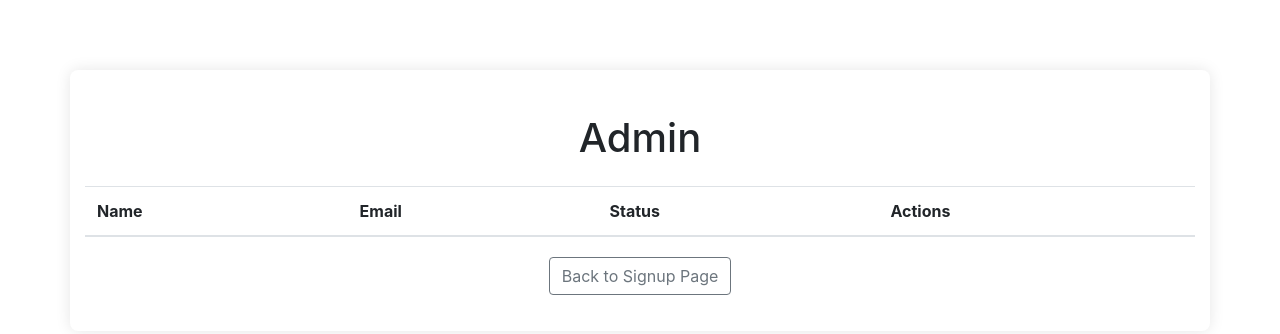
Repository: rmdayberry/yodlr-take-home
Page: public/admin.html
The author's editor kept a copy of each file at every save. The page is drawn from the files as they stood at one save, then again after the next save.
The browser window is 1280 px wide. The pictures show the whole page.
The page's requests for data from a server got no answer.

Above is the page before, as saved 2024-10-09 10:22:55.

### public/admin.html
<!DOCTYPE html>
<html lang="en">
  <head>
    <meta charset="UTF-8" />
    <meta name="viewport" content="width=device-width, initial-scale=1.0" />
    <title>Admin Page - User Management</title>
    <link rel="stylesheet" href="css/styles.css" />
    <link rel="stylesheet" href="css/signup.css" />
    <link
      rel="stylesheet"
      href="https://stackpath.bootstrapcdn.com/bootstrap/4.5.2/css/bootstrap.min.css"
    />
    <script src="https://code.jquery.com/jquery-3.6.0.min.js"></script>
  </head>
  <body>
    <div class="container">
      <h1 class="mt-4">Admin</h1>
      <table class="table mt-4" id="userTable">
        <thead>
          <tr>
            <th>Name</th>
            <th>Email</th>
            <th>Status</th>
            <th>Actions</th>
          </tr>
        </thead>
        <tbody id="userTableBody">
          <!-- User rows will be populated here -->
        </tbody>
      </table>
      <div class="text-center">
        <p>
          <a href="/signup.html" class="btn btn-outline-secondary"
            >Back to Signup Page</a
          >
        </p>
      </div>
    </div>

    <script>
      let users = []; //Empty array to hold user data

      // Fetch users from the server
      function fetchUsers() {
        $.ajax({
          type: "GET",
          url: "http://localhost:3000/users",
          success: function (response) {
            users = response; // Store the user data
            updateUserTable(); // Call function to render table
          },
          error: function (err) {
            console.error("Error fetching users:", err);
          },
        });
      }

      // Change user status
      function changeUserStatus(userId, newStatus) {
        const user = users.find((u) => u.id === userId);
        if (user) {
          // Update only the status
          user.status = newStatus;

          // Make AJAX request to update user on the server
          $.ajax({
            type: "PUT",
            url: `http://localhost:3000/users/${userId}`,
            data: JSON.stringify({
              ...user, // Spread operator to include all user properties
              status: newStatus, // Update only status
            }),
            contentType: "application/json",
            success: function (response) {
              console.log("User updated successfully:", response);
              updateUserTable(); // Refresh user table
            },
            error: function (err) {
              console.error("Error updating user:", err);
            },
          });
        } else {
          console.error("User not found");
        }
      }

      //Delete user function
      function deleteUser(userId) {
        $.ajax({
          type: "DELETE",
          url: `http://localhost:3000/users/${userId}`,
          success: function (response) {
            console.log("User deleted successfully:", response);
            //Remove user from array
            users = users.filter((user) => user.id !== userId);
            updateUserTable();
          },
          error: function (err) {
            console.error("Error deleting user:", err);
          },
        });
      }

      // Render users in the table
      function updateUserTable() {
        const tableBody = $("#userTableBody");
        tableBody.empty(); // Clear existing table body

        users.forEach((user) => {
          const row = `<tr>
                    <td>${user.firstName} ${user.lastName}</td>
                    <td>${user.email}</td>
                    <td>${user.status}</td>
                    <td>
                        <button onclick="changeUserStatus(${user.id}, 'inactive')" class="btn btn-warning">Set Inactive</button>
                        <button onclick="changeUserStatus(${user.id}, 'active')" class="btn btn-success">Set Active</button>
                        <button onclick="deleteUser(${user.id})" class="btn btn-danger">Delete</button>
                    </td>
                </tr>`;
          tableBody.append(row); // Add new row to the table
        });
      }

      // Fetch users when the page loads
      $(document).ready(function () {
        fetchUsers();
      });
    </script>
  </body>
</html>

### public/css/styles.css
@import url("https://fonts.googleapis.com/css2?family=Roboto:wght@400;500;700&display=swap");

body {
  font-family: "Roboto", sans-serif;
  background-color: #f8f9fa;
  padding: 20px;
}

### public/css/signup.css
.container {
  max-width: 500px;
  margin: 50px auto;
  padding: 20px;
  background-color: white;
  border-radius: 8px;
  box-shadow: 0px 0px 15px rgba(0, 0, 0, 0.1);
}
h1 {
  text-align: center;
  margin-bottom: 20px;
}
.form-group {
  margin-bottom: 15px;
}

.btn-primary {
  width: 100%;
}

.text-center {
  text-align: center;
  margin-top: 20px;
}

After the next save:
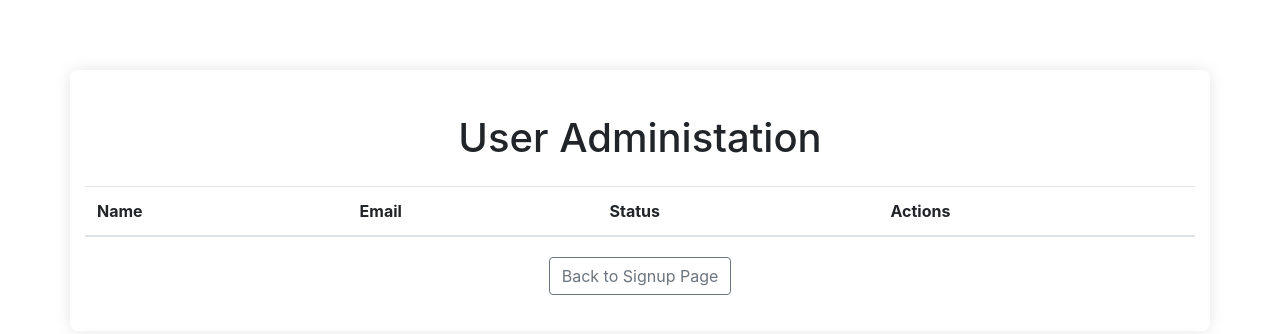
Saved 3 min 7 s later.
--- a/public/admin.html
+++ b/public/admin.html
@@ -14,7 +14,7 @@
   </head>
   <body>
     <div class="container">
-      <h1 class="mt-4">Admin</h1>
+      <h1 class="mt-4">User Administation</h1>
       <table class="table mt-4" id="userTable">
         <thead>
           <tr>
